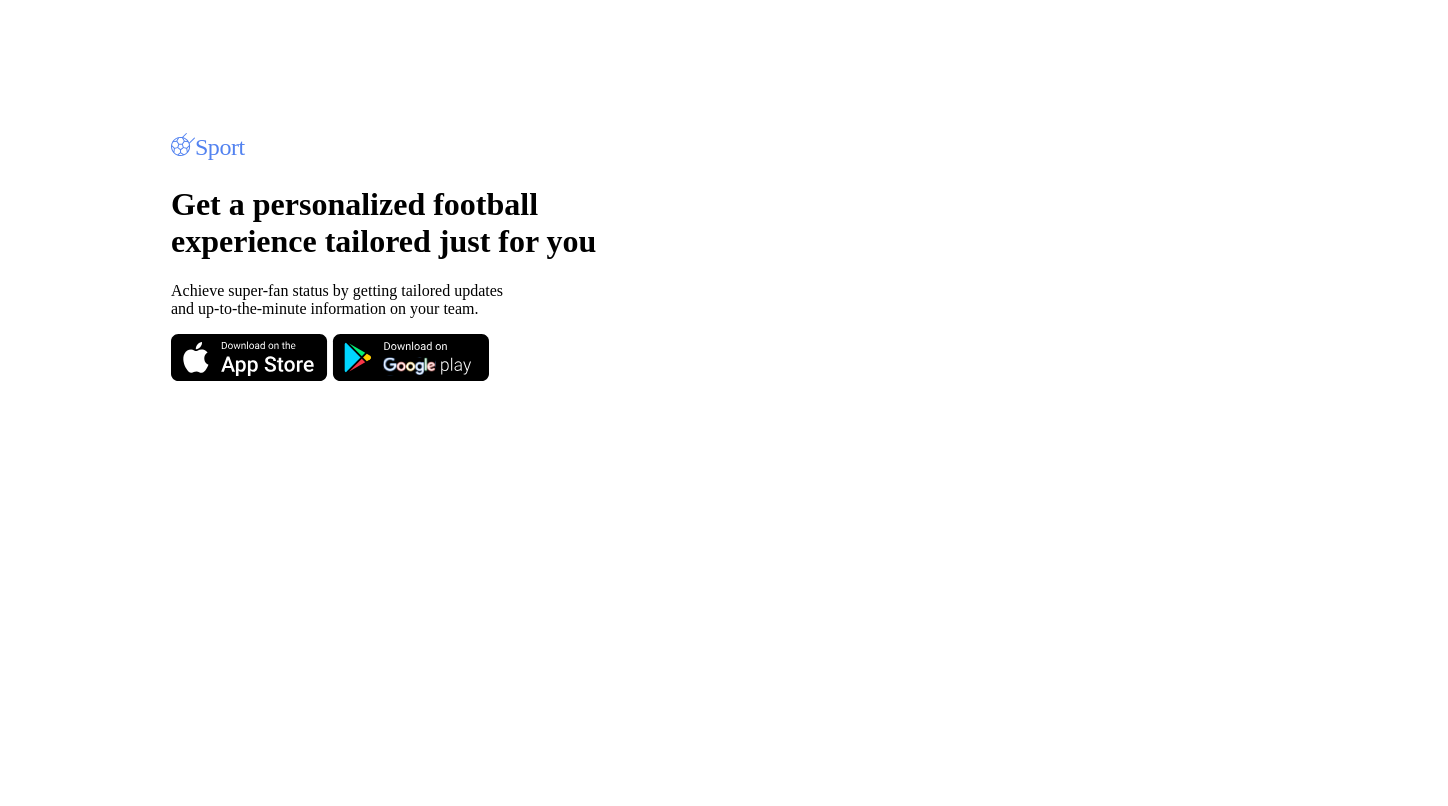
Repository: batonAnton/Hw-Lec9-responsive
Page: index.html
An editor plug-in stored every save of this project. The page is shown before and after the next save, followed by the edit.
The browser window is 1280 px wide. The page is 1448 px wide, so the pictures cover 1448 px, including what lies to the right of the window. The pictures show the whole page.
Pictures or frames that could not be fetched are drawn as grey boxes. Some web fonts or font styles are not loaded; a fallback is used.

Above is the page before, as saved 2022-07-08 15:20:09.

After the next save:
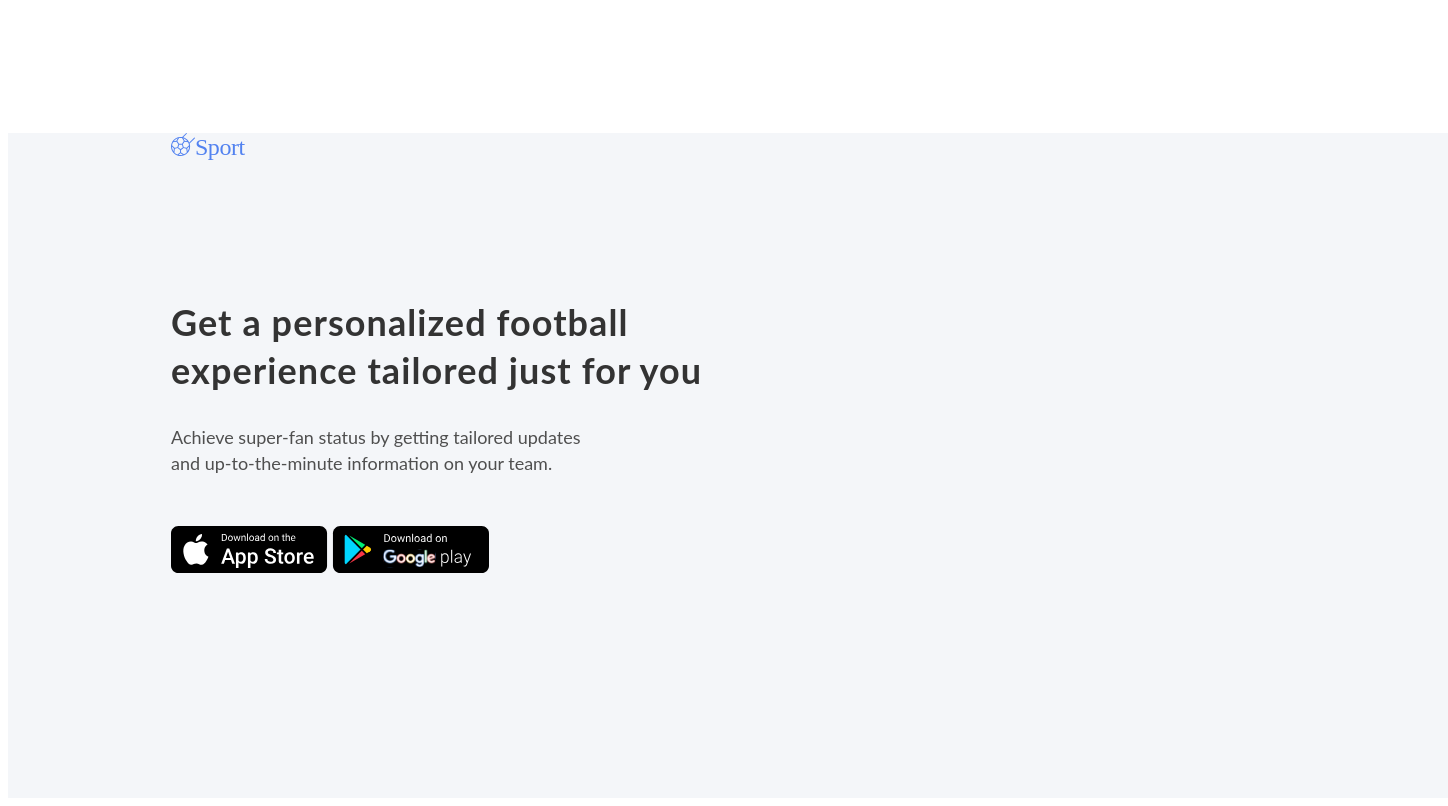
Saved 25 min 26 s later.
--- a/css/style.css
+++ b/css/style.css
@@ -10,10 +10,14 @@
 header{
     width: 1440px;
     height: 665px;
+    background: #F4F6F9;
+    margin-left: auto;
+    margin-right: auto;
 }
 
 .logo{
     margin-top: 63px;
+    margin-bottom: 133px;
     display: flex;
     width: 99px;
     height: 32px;
@@ -37,6 +41,29 @@ header{
     margin-top: 133px;
 }
 
+.info h1{
+    font-family: 'Lato', sans-serif;
+    font-style: normal;
+    font-weight: 700;
+    font-size: 36px;
+    line-height: 48px;
+    display: flex;
+    align-items: flex-end;
+    letter-spacing: 0.03em;
+    color: #333333;
+}
+
+.info p{
+    font-family: 'Lato';
+    font-style: normal;
+    font-weight: 400;
+    font-size: 18px;
+    line-height: 26px;
+    color: #4F4F4F;
+    margin-top: 30px;
+    margin-bottom: 50px;
+}
+
 
 
 .bg-img{
